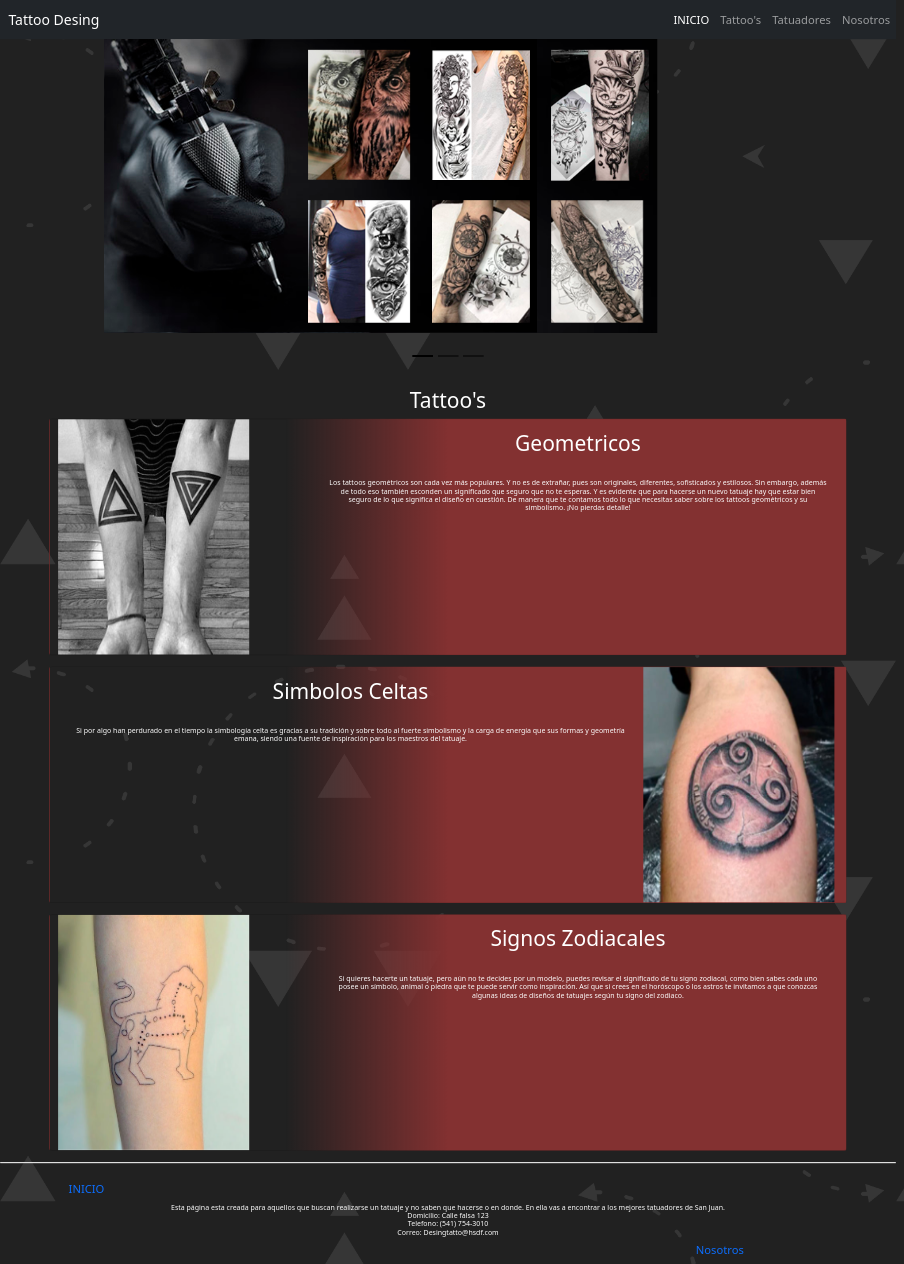
Repository: Vladimir-22/TatooDesign
Page: index.html
These files come from the project's save history. The page is drawn as it stood at one moment and after the next save; the edit follows.
The browser window is 1280 px wide. The page is 1292 px wide, so the pictures cover 1292 px, including what lies to the right of the window. The pictures show the part of the page from y = 0 to 1880 px (the page is 1806 px tall before and 2874 px after), at 70% of full size.
Some web libraries are served in a nearby version.

Above is the page before, as saved 2021-05-19 22:54:09.

After the next save:
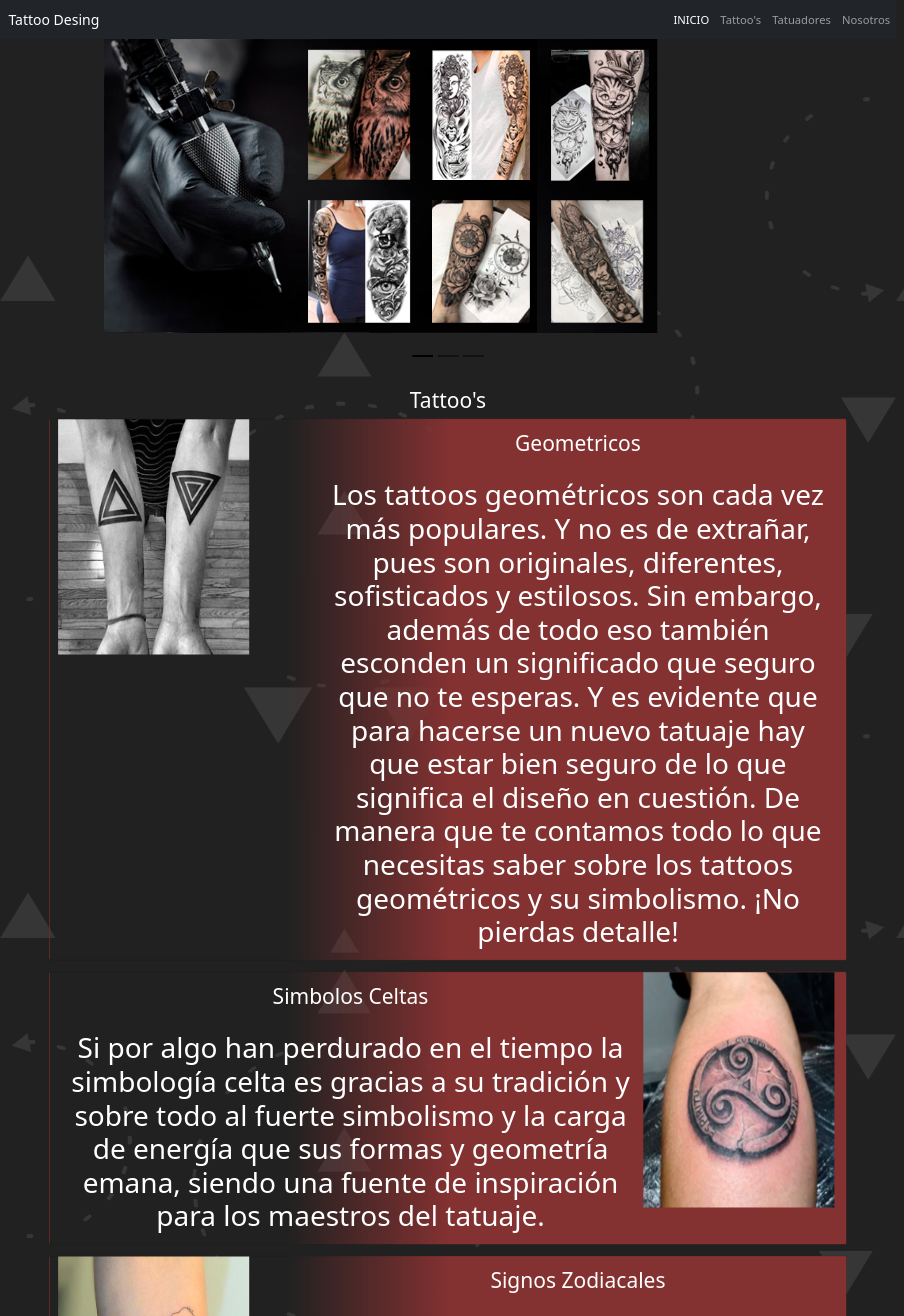
Saved 10 s later.
--- a/css/styles.css
+++ b/css/styles.css
@@ -43,7 +43,7 @@ h5{
     color: white;
     text-align: center;
     font-weight:100;
-    font-size: 10px;
+    font-size: 40px;
 }
 
 
